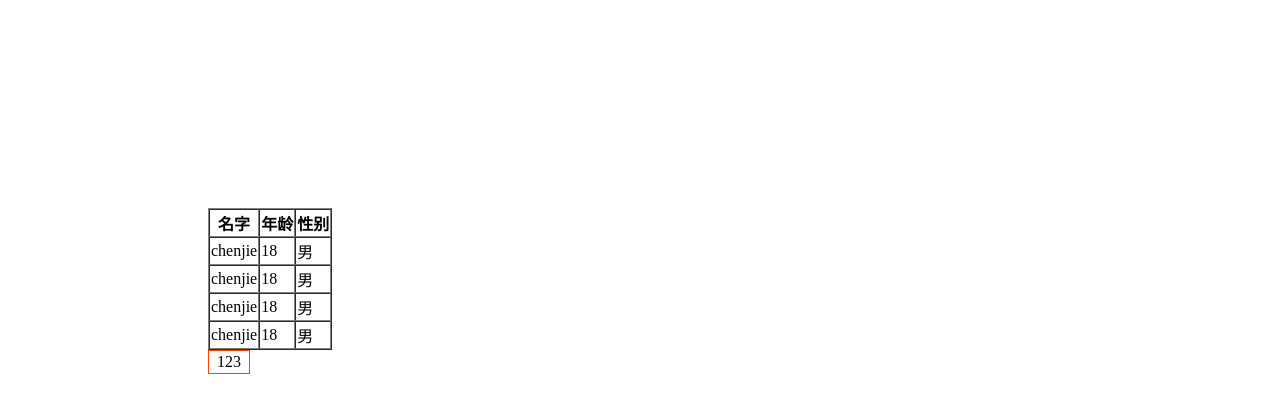
Repository: chenjieya/java
Page: index.html
These files come from the project's save history. The page is drawn as it stood at one moment and after the next save; the edit follows.
The browser window is 1280 px wide. The pictures show the whole page.

Above is the page before, as saved 2023-05-17 08:47:50.

### index.html
<!DOCTYPE html>
<html lang="en">
<head>
  <meta charset="UTF-8">
  <meta http-equiv="X-UA-Compatible" content="IE=edge">
  <meta name="viewport" content="width=device-width, initial-scale=1.0">
  <title>Document</title>
  <style>
    .tooltip {
      padding: 2px 8px;
      position: absolute;
      border: 1px solid #f40;
    }
  </style>
</head>
<body style="padding: 200px;">
  <table border="1" cellspacing="0">
    <tr>
      <th>名字</th>
      <th>年龄</th>
      <th>性别</th>
    </tr>
    <tr>
      <td>chenjie</td>
      <td>18</td>
      <td>男</td>
    </tr>
    <tr>
      <td>chenjie</td>
      <td field="SEX">18</td>
      <td>男</td>
    </tr>
    <tr>
      <td>chenjie</td>
      <td field="SEX">18</td>
      <td>男</td>
    </tr>
    <tr>
      <td>chenjie</td>
      <td field="SEX">18</td>
      <td>男</td>
    </tr>
  </table>

  <div class="tooltip">123</div>

  <script>
    const Otd = document.querySelectorAll('td[field="SEX"]');
    console.log(Otd);


    // function toolTip() {
    //   const oDiv = document.createElement('div');
    //   oDiv.
    // }
  </script>
</body>
</html>

After the next save:
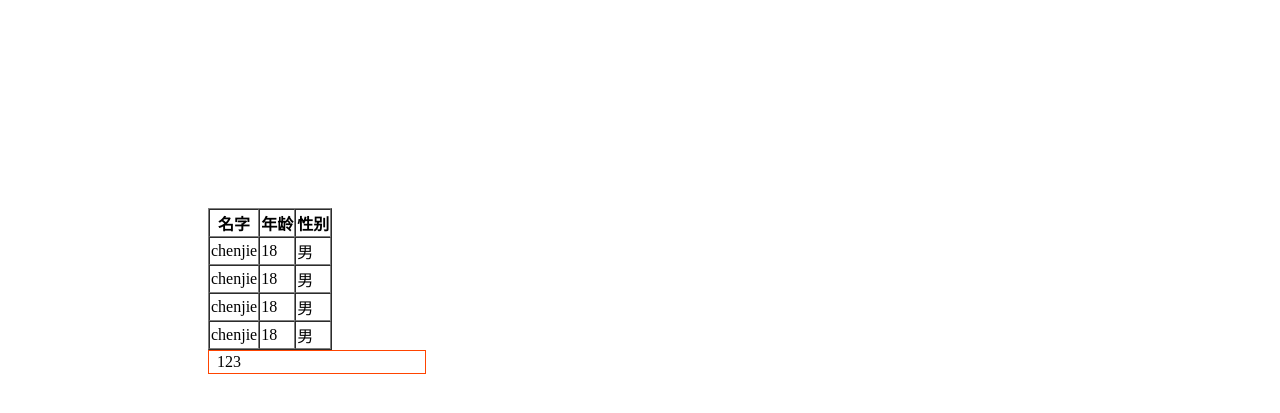
Saved 10 s later.
--- a/index.html
+++ b/index.html
@@ -10,6 +10,7 @@
       padding: 2px 8px;
       position: absolute;
       border: 1px solid #f40;
+      min-width: 200px;
     }
   </style>
 </head>
